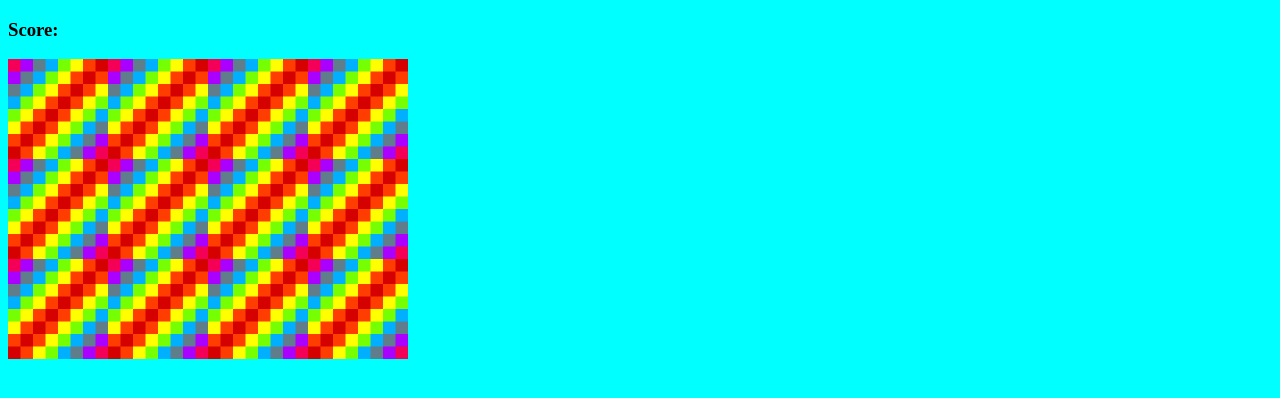
Repository: Zetzher/Memory-Game
Page: index.html
An editor plug-in stored every save of this project. The page is shown before and after a run of saves, followed by the edit.
The browser window is 1280 px wide. The pictures show the whole page.

Above is the page before, as saved 2020-04-26 19:43:18.

### index.html
<!DOCTYPE html>
<html lang="en">
<head>
    <meta charset="UTF-8">
    <meta name="viewport" content="width=device-width, initial-scale=1.0">
    <title>Document</title>
    <link href="style.css" rel="stylesheet" type="text/css">
    <script src="./app.js"></script>
</head>
<body>


<h3>Score: <span id="result"> </span></h3>
<div class="grid">
</div>

</body>
</html>

### style.css
.grid {
    display: flex;
    flex-wrap: wrap;
    height: 300px;
    width: 400px;
}


body {
    background-color: cyan
}

### app.js
document.addEventListener('DOMContentLoaded', () => {

    //card options:

    const cardArray = [{
            name: "cheeseburguer",
            img: 'images/cheeseburger.png'
        },
        {
            name: "cheeseburguer",
            img: 'images/cheeseburger.png'
        },
        {
            name: "fries",
            img: 'images/fries.png'
        },
        {
            name: "fries",
            img: 'images/fries.png'
        },
        {
            name: "hotdog",
            img: 'images/hotdog.png'
        },
        {
            name: "hotdog",
            img: 'images/hotdog.png'
        },
        {
            name: "ice-cream",
            img: 'images/ice-cream.png'
        },
        {
            name: "ice-cream",
            img: 'images/ice-cream.png'
        },
        {
            name: "milkshake",
            img: 'images/milkshake.png'
        },
        {
            name: "milkshake",
            img: 'images/milkshake.png'
        },
        {
            name: "pizza",
            img: 'images/pizza.png'
        },
        {
            name: "pizza",
            img: 'images/pizza.png'
        },
    ]

    cardArray.sort(() => 0.5 - Math.random())

    const grid = document.querySelector('.grid');
    const resultDisplay = document.querySelector('#result')
    var cardsChosen = [];
    var cardsChosenId = [];
    var cardsWon = [];

    //create your board
    function createBoard() {
        for (var i = 0; i < cardArray.length; i++) {
            var card = document.createElement('img')
            card.setAttribute('src', './images/blank.png')
            card.setAttribute('data-id', i)
            card.addEventListener('click', flipCard)
            grid.appendChild(card)
        }
    }



    //check for matches
    function checkForMatch() {
        var cards = document.querySelectorAll('img');
        const optionOneId = cardsChosenId[0];
        const optionTwoId = cardsChosenId[1];
        if (cardsChosen[0] === cardsChosen[1]) {
            alert('You found a match')
            cards[optionOneId].setAttribute('src', 'images/white.png');
            cards[optionTwoId].setAttribute('src', 'images/white.png');
            cardsWon.push(cardsChosen)
        } else {
            cards[optionOneId].setAttribute('src', 'images/blank.png');
            cards[optionOneId].setAttribute('src', 'images/blank.png');
            alert('Sorry, try again')
        }
        cardsChosen = []
        cardsChosen = []
        resultDisplay.textContent = cardsWon.length
        if (cardsWon.length === cardArray.length / 2) {
            resultDisplay.textContent = 'Congratulations! You found them all!'
        }
    }



    //flip your card
    function flipCard() {
        var cardId = this.getAttribute('data-id');
        cardsChosen.push(cardArray[cardId].name);
        cardsChosenId.push(cardId)
        this.setAttribute('src', cardArray[cardId].img)
        if (cardsChosen - length === 2) {
            setTimeout(checkForMatch, 500)
        }
    }

    //check for matches

    createBoard()


})

After the next 2 saves:
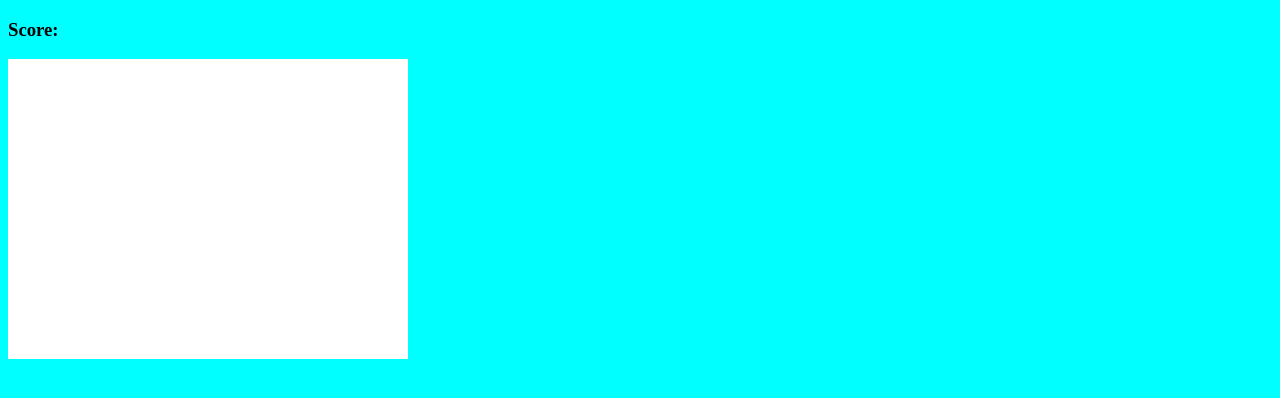
The 2 saves are shown as one change because they came seconds apart.
The last was saved 39 s later.
--- a/app.js
+++ b/app.js
@@ -62,9 +62,9 @@
 
     //create your board
     function createBoard() {
-        for (var i = 0; i < cardArray.length; i++) {
+        for (let i = 0; i < cardArray.length; i++) {
             var card = document.createElement('img')
-            card.setAttribute('src', './images/blank.png')
+            card.setAttribute('src', 'images/white.png')
             card.setAttribute('data-id', i)
             card.addEventListener('click', flipCard)
             grid.appendChild(card)

After the save that followed:
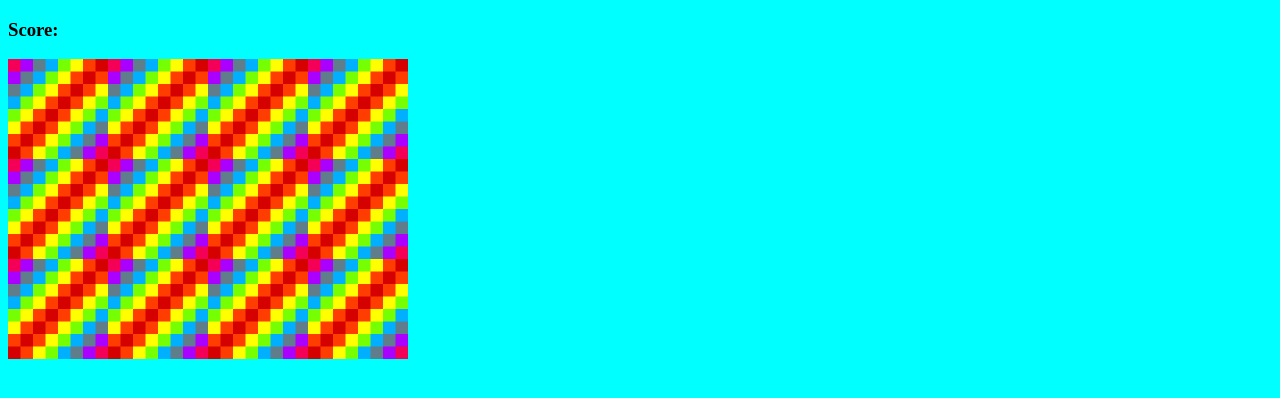
Saved 51 s later.
--- a/app.js
+++ b/app.js
@@ -56,15 +56,15 @@
 
     const grid = document.querySelector('.grid');
     const resultDisplay = document.querySelector('#result')
-    var cardsChosen = [];
-    var cardsChosenId = [];
-    var cardsWon = [];
+    let cardsChosen = [];
+    let cardsChosenId = [];
+    let cardsWon = [];
 
     //create your board
     function createBoard() {
         for (let i = 0; i < cardArray.length; i++) {
-            var card = document.createElement('img')
-            card.setAttribute('src', 'images/white.png')
+            let card = document.createElement('img')
+            card.setAttribute('src', './images/blank.png')
             card.setAttribute('data-id', i)
             card.addEventListener('click', flipCard)
             grid.appendChild(card)
@@ -100,7 +100,7 @@
 
     //flip your card
     function flipCard() {
-        var cardId = this.getAttribute('data-id');
+        let cardId = this.getAttribute('data-id');
         cardsChosen.push(cardArray[cardId].name);
         cardsChosenId.push(cardId)
         this.setAttribute('src', cardArray[cardId].img)
